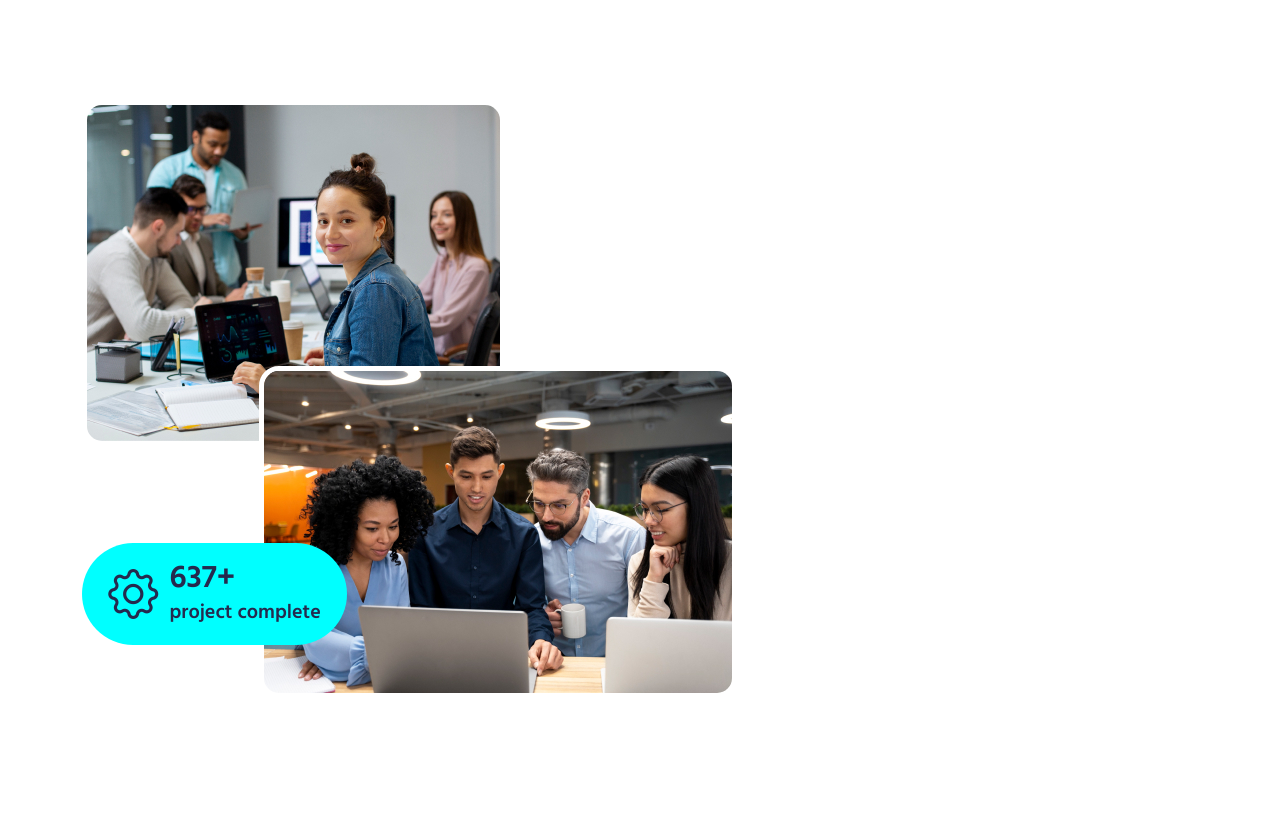
Repository: tagnam/mirehel2.0
Page: about.html
An editor plug-in stored every save of this project. The page is shown before and after the next save, followed by the edit.
The browser window is 1280 px wide. The pictures show the whole page.

Above is the page before, as saved 2025-02-03 12:21:59.

After the next save:
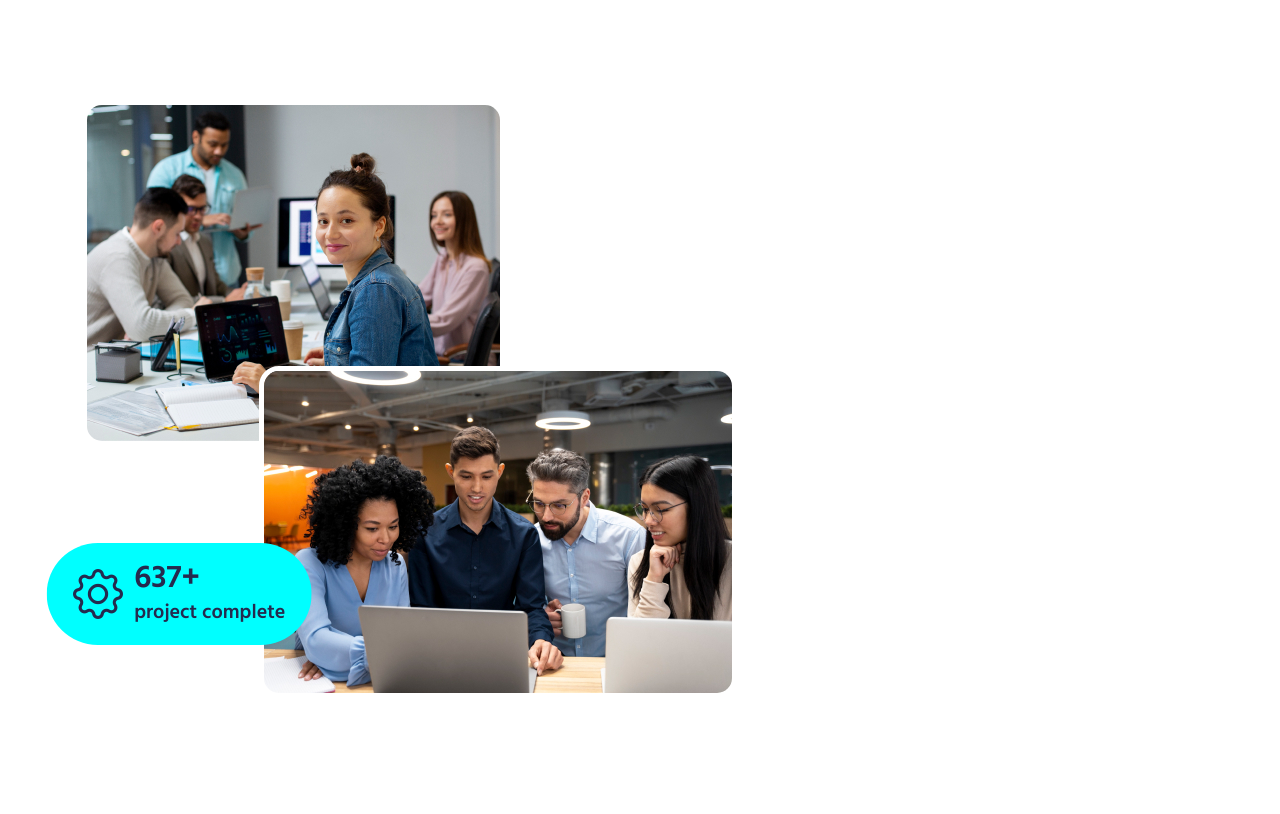
Saved 8 s later.
--- a/style/css/style.css
+++ b/style/css/style.css
@@ -464,7 +464,7 @@ linear-gradient(180deg, red 0%, #00000000 90.04%) border-box;
     background-size: cover;
     background-position: center center;
     transition: all .4s ease;
-    animation: boxmove; 3s infinite linear alternate;
+    animation: boxmove 3s infinite linear alternate;
 
 }
 
